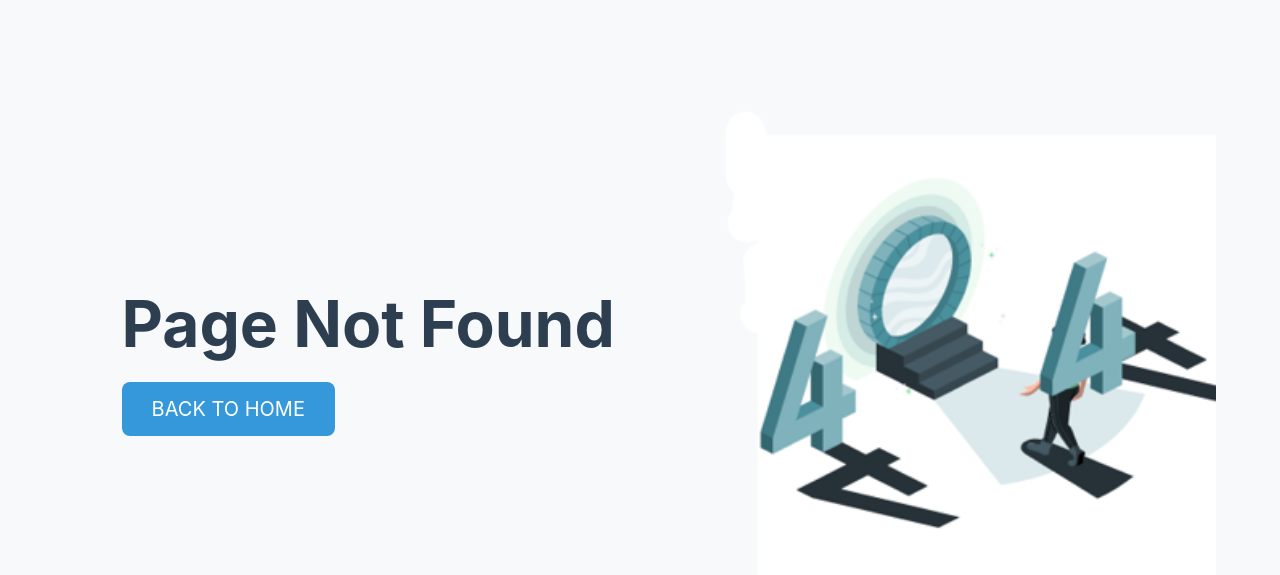
Repository: sarramz/ProjetBI-AI-dev
Page: /2
These files come from the project's save history. The page is drawn as it stood at one moment and after the next save; the edit follows.
The browser window is 1280 px wide. The pictures show the whole page.
The project was rebuilt for these pictures with package versions that can differ from the ones it lists, and the page was loaded fresh each time. Also part of the build but not shown: vite.config.js.

Above is the page before, as saved 2025-02-23 10:32:05.

### src/App.jsx
import React from "react";
import { BrowserRouter as Router, Routes, Route } from "react-router-dom";
import NotFoundPage from "./pages/NotFoundPage.jsx";

const Home = () => <h1 className="text-4xl text-center mt-10">Bienvenue sur la page d'accueil</h1>;

const App = () => {
  return (
    <Router>
      <Routes>
        <Route path="/" element={<Home />} />
        <Route path="*" element={<NotFoundPage />} />
      </Routes>
    </Router>
  );
};

export default App;

### src/pages/NotFoundPage.jsx
import React from "react";
import "./style.css"; // Assure-toi que ce fichier existe
import image404 from "/image.png"; // L'image doit être dans `public/`

export default function NotFoundPage() {
  return (
    <div className="not-found-container">
      <div className="text-container">
        <h2>Page Not Found</h2>
        <a href="/" className="back-button">BACK TO HOME</a>
      </div>
      <div className="image-container">
        <img src={image404} alt="404 Illustration" />
      </div>
    </div>
  );
}

### src/pages/style.css
* {
  margin: 0;
  padding: 0;
  box-sizing: border-box;
}

.not-found-container {
  display: flex;
  align-items: center;
  justify-content: space-between;
  width: 100vw;
  height: 100vh;
  padding: 5%;
  background-color: #f8f9fa; /* Fond léger pour un bon contraste */
}

.text-container {
  flex: 1;
  text-align: left;
  padding-left: 5%;
}

.text-container h2 {
  font-size: 64px; /* Plus grand pour bien remplir l'espace */
  color: #2c3e50;
  white-space: nowrap; /* Garde le texte sur une seule ligne */
}

.back-button {
  display: inline-block;
  margin-top: 20px;
  padding: 15px 30px;
  background-color: #3498db;
  color: white;
  text-decoration: none;
  border-radius: 8px;
  font-size: 20px;
}

.back-button:hover {
  background-color: #2980b9;
}

.image-container {
  flex: 1;
  display: flex;
  justify-content: flex-end; /* Décale l’image à droite */
  align-items: center;
}

.image-container img {
  width: 90%; /* L’image prend plus de place */
  max-width: 700px; /* Taille max pour éviter qu'elle dépasse trop */
}

Loaded but not shown: index.html (common file); src/main.jsx (common file); src/index.css (common file)

After the next save:
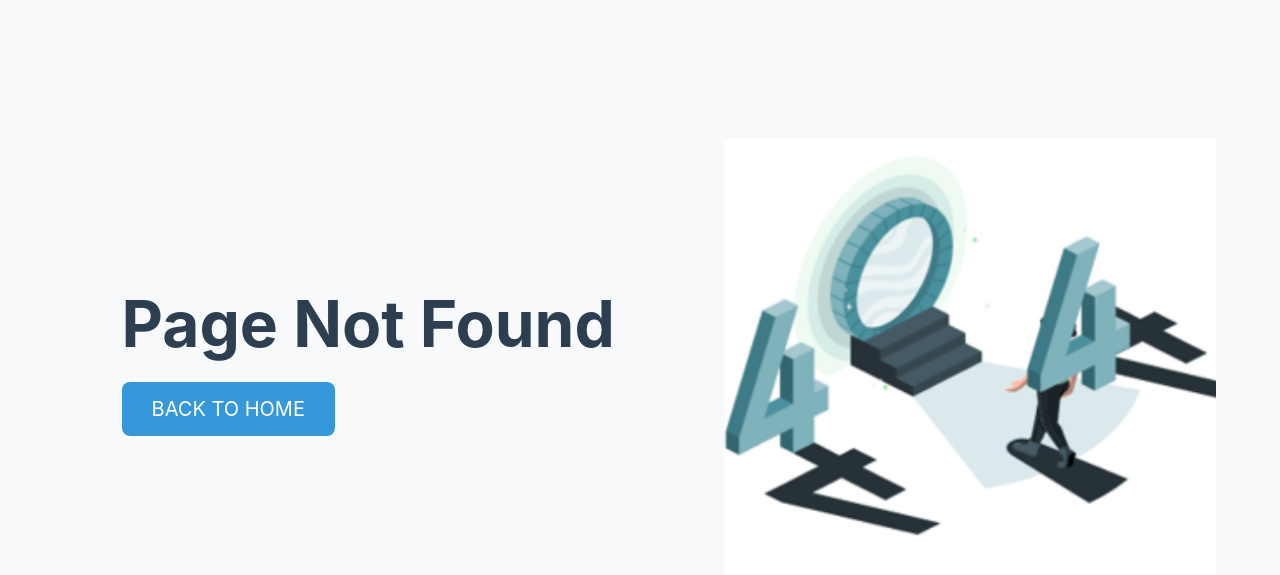
Saved 113 s later.
--- a/src/pages/NotFoundPage.jsx
+++ b/src/pages/NotFoundPage.jsx
@@ -1,6 +1,6 @@
 import React from "react";
 import "./style.css"; // Assure-toi que ce fichier existe
-import image404 from "/image.png"; // L'image doit être dans `public/`
+import image404 from "/image1.png"; // L'image doit être dans `public/`
 
 export default function NotFoundPage() {
   return (
